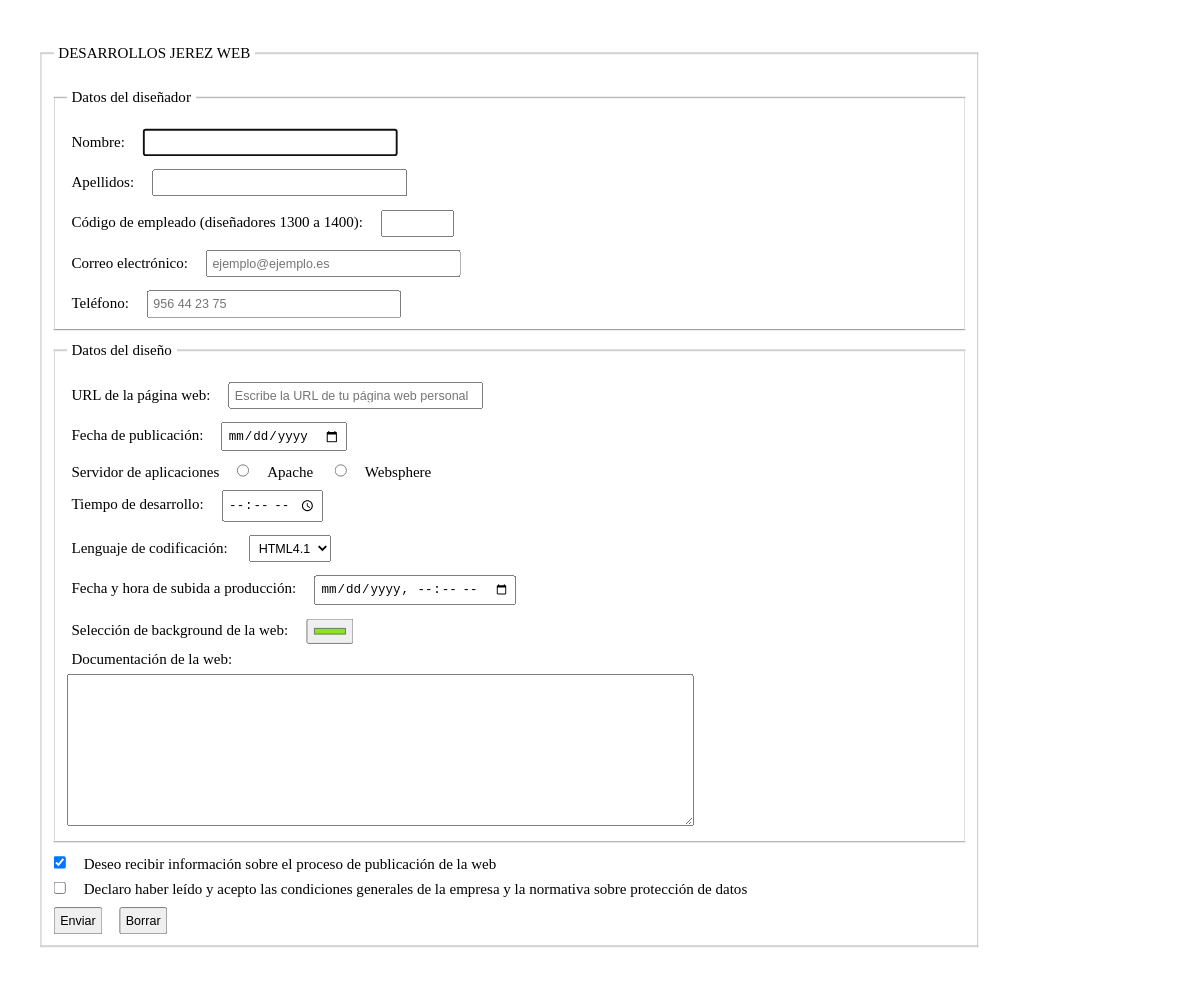
Repository: iSaan86/EV_Practica_FormularioCSS
Page: index.html
The author's editor kept a copy of each file at every save. The page is drawn from the files as they stood at one save, then again after the next save.
The browser window is 1280 px wide. The pictures show the whole page, at 94% of full size.

Above is the page before, as saved 2024-01-11 17:41:07.

After the next save:
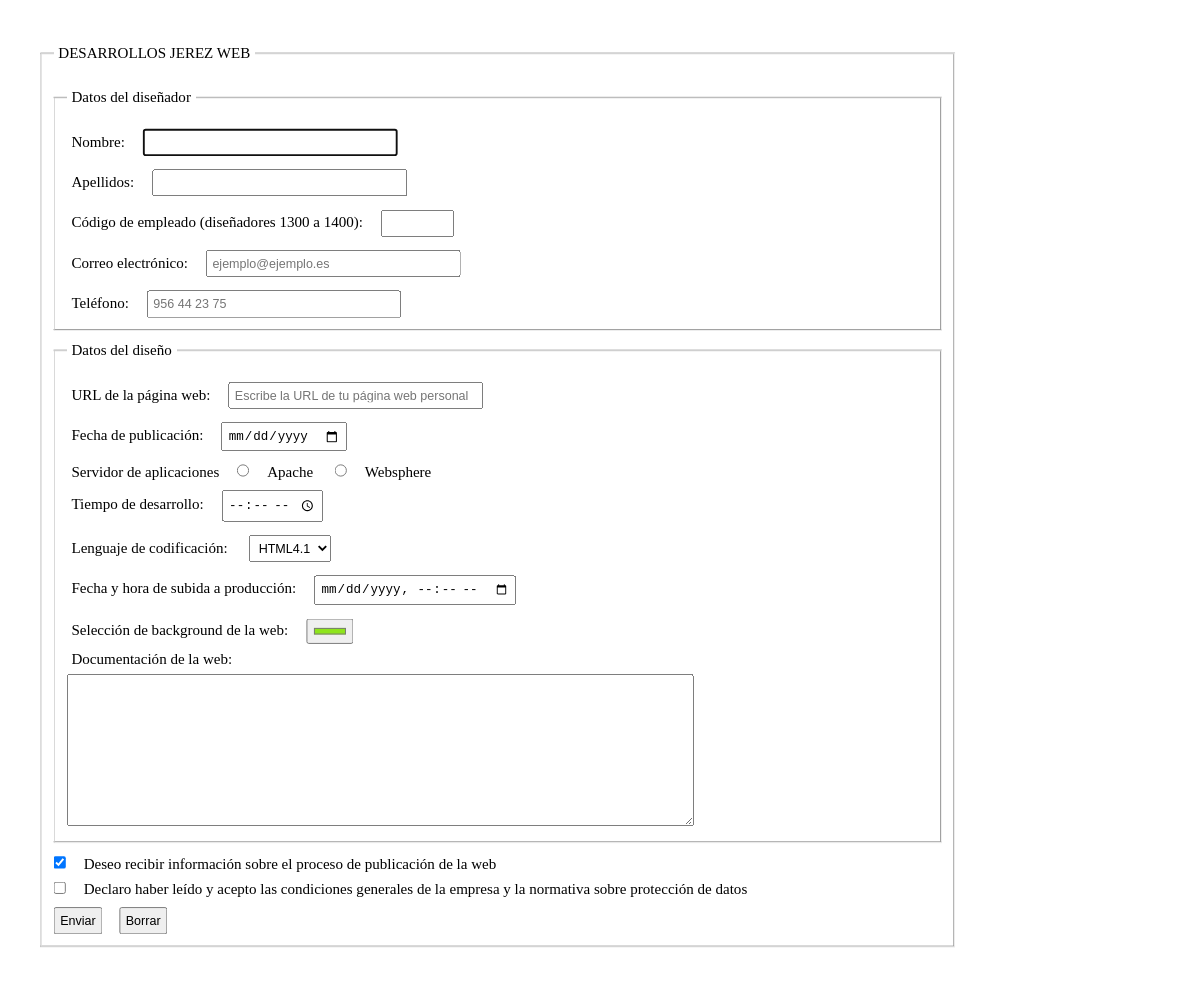
Saved 28 s later.
--- a/css/estilo.css
+++ b/css/estilo.css
@@ -6,7 +6,7 @@
     margin:7px;
 }
 body{
-    padding-right: 16%;
+    padding-right: 18%;
 }
 fieldset{
     border-color: #ebebeb;
